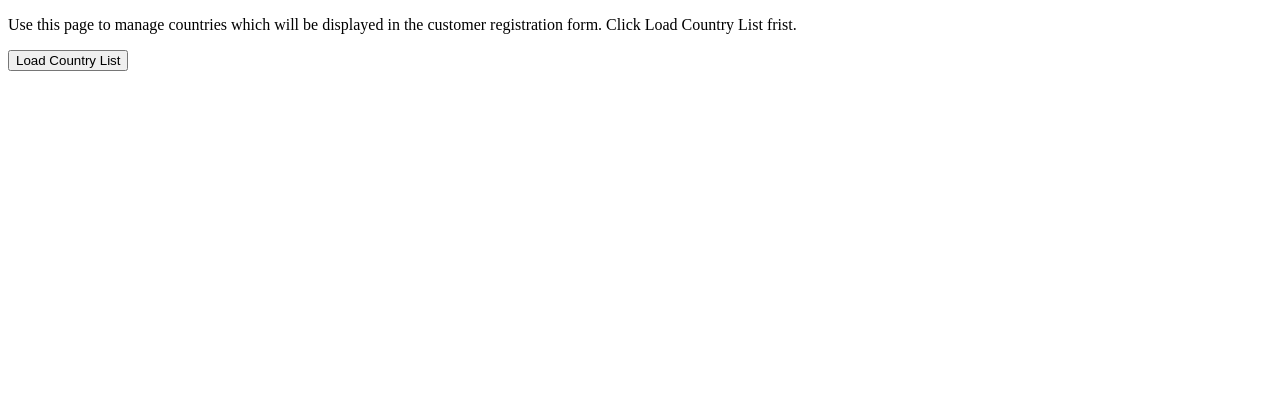
Repository: Tungk02/Shopme
Page: http://localhost/settings/states
The author's editor kept a copy of each file at every save. The page is drawn from the files as they stood at one save, then again after the next save.
The browser window is 1280 px wide. The pictures show the whole page.
The page is this project's Thymeleaf template; nobody is signed in. The template is opened directly, without the code that normally fills it, so the values that code supplies are empty.

Above is the page before, as saved 2023-11-25 15:53:53.

### ShopmeEcommerce/ShopmeProject/ShopmeWebParent/ShopmeBackEnd/src/main/resources/templates/settings/states.html
<!DOCTYPE html>
<html xmlns:th="http://www.thymeleaf.org">

<body>
	<div th:fragment="content" th:remove="tag">
		<div>
			<p>
				Use this page to manage countries which will be displayed in the customer
				registration form. Click Load Country List frist.
			</p>
		</div>
		<div>
			<input type="button" value="Load Country List" class="btn btn-primary">
		</div>
	</div>
</body>

</html>

After the next save:
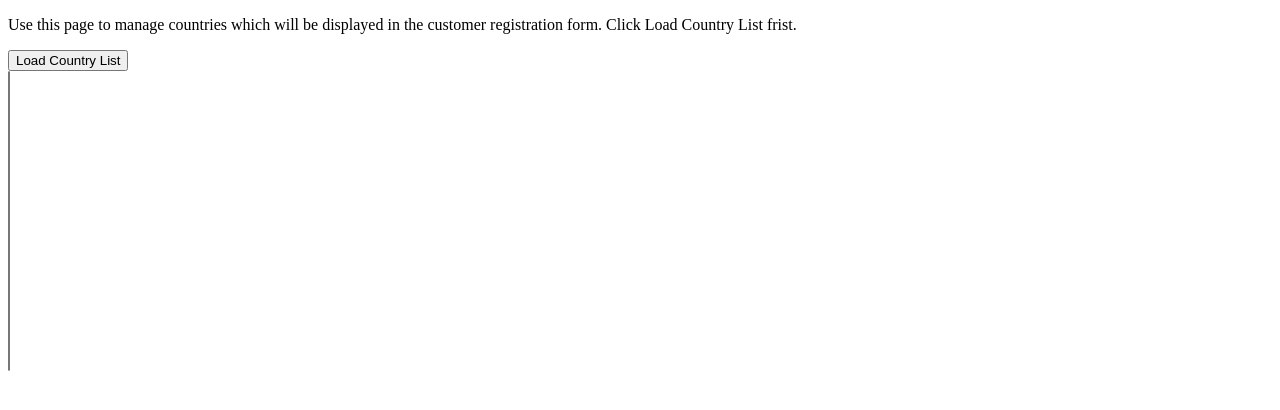
Saved 102 s later.
--- a/ShopmeEcommerce/ShopmeProject/ShopmeWebParent/ShopmeBackEnd/src/main/resources/templates/settings/states.html
+++ b/ShopmeEcommerce/ShopmeProject/ShopmeWebParent/ShopmeBackEnd/src/main/resources/templates/settings/states.html
@@ -12,6 +12,11 @@
 		<div>
 			<input type="button" value="Load Country List" class="btn btn-primary">
 		</div>
+		<div>
+			<select class="form-control" style="height: 300px" size= "3">
+
+			</select>
+		</div>
 	</div>
 </body>
 
